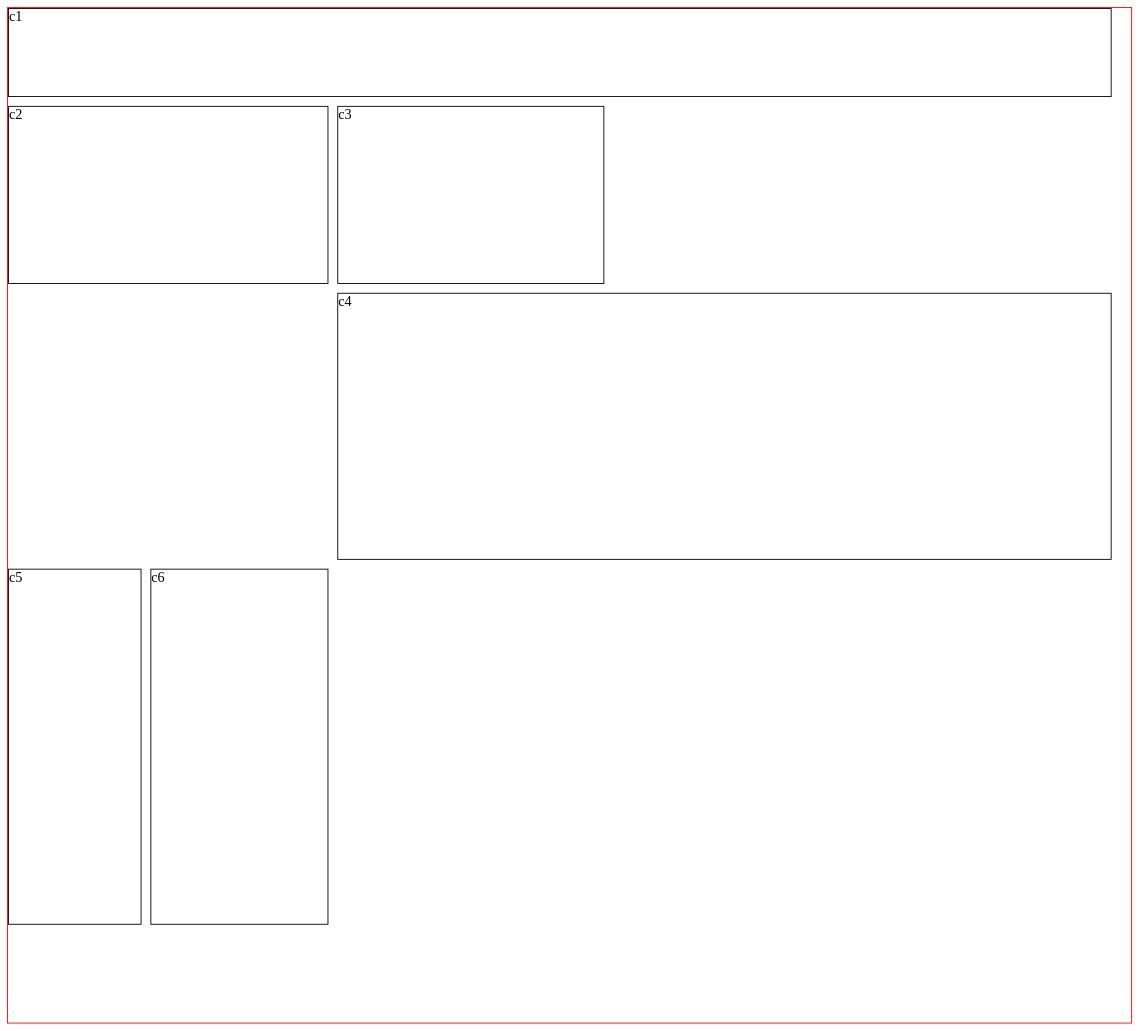
Repository: Hassanshaid/AptechPakwheels
Page: grid.html
An editor plug-in stored every save of this project. The page is shown before and after a run of saves, followed by the edit.
The browser window is 1280 px wide. The pictures show the whole page, at 89% of full size.

Above is the page before, as saved 2024-05-18 21:38:05.

### grid.html
<!DOCTYPE html>
<html lang="en">
<head>
    <meta charset="UTF-8">
    <meta name="viewport" content="width=device-width, initial-scale=1.0">
    <title>Document</title>
    <link rel="stylesheet" href="grid.css">
</head>
<body>
    <section>
        <div class="container">
            <div class="row">
                <div class="col c1">c1</div>
                <div class="col c2">c2</div>
                <div class="col c3">c3</div>
                <div class="col c4">c4</div>
                <div class="col c5">c5</div>
                <div class="col c6">c6</div>
            </div>
        </div>
    </section>

</body>
</html>

### grid.css
.row{
    display: grid;
    border: 1px solid red;
    grid-template-columns: 150px 200px 300px 300px 250px ;
    grid-template-rows: 100px 200px 300px 400px 100px ;
    grid-gap: 10px;
}
.row .col {
    border: 1px solid black;
}
.c1{
    grid-column: 1/6;
}
.c2{
    grid-column: 1/3;
}
.c4{
    grid-column: 3/6;
}

After the next 2 saves:
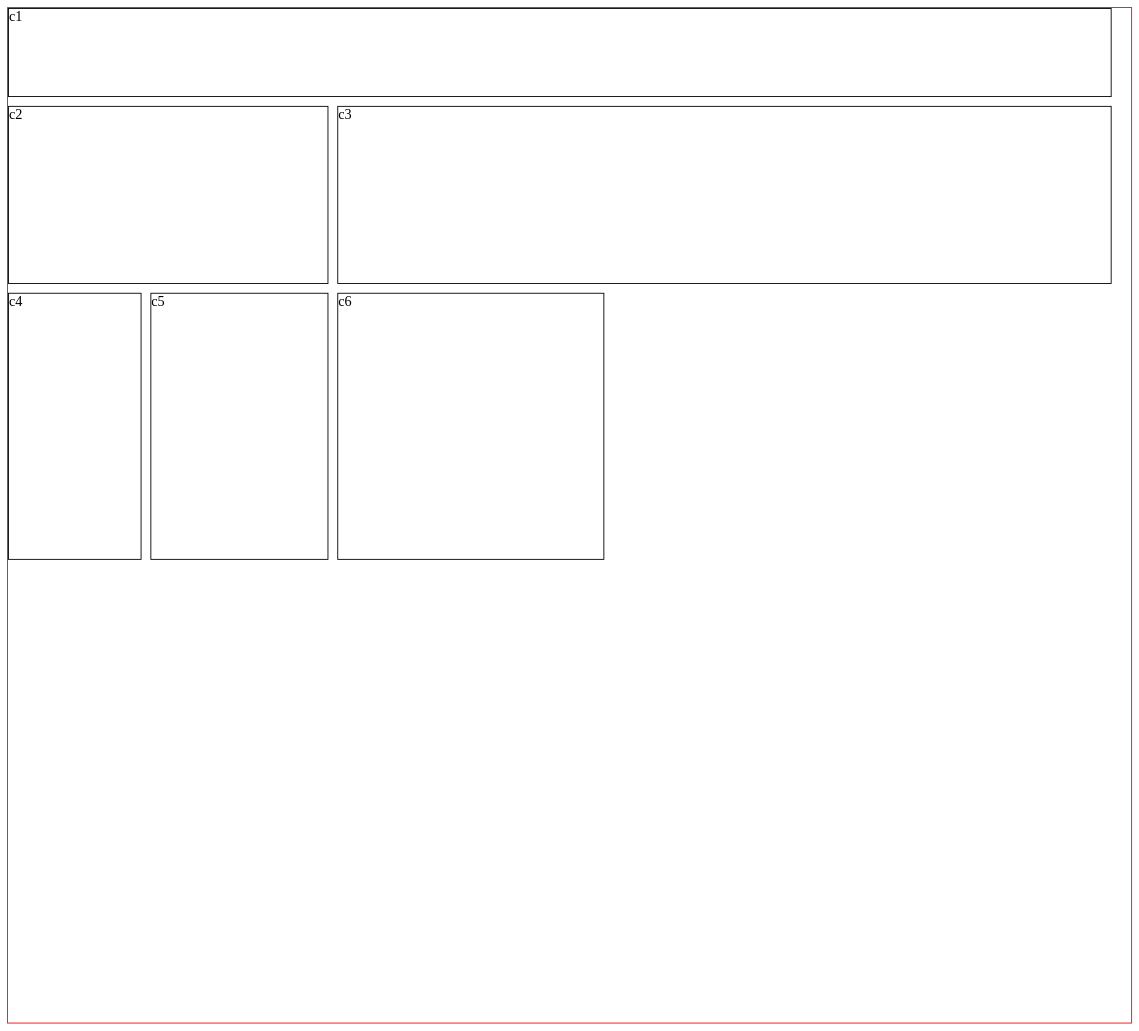
The 2 saves are shown as one change because they came seconds apart.
The last was saved 9 s later.
--- a/grid.css
+++ b/grid.css
@@ -14,6 +14,6 @@
 .c2{
     grid-column: 1/3;
 }
-.c4{
+.c3{
     grid-column: 3/6;
 }
